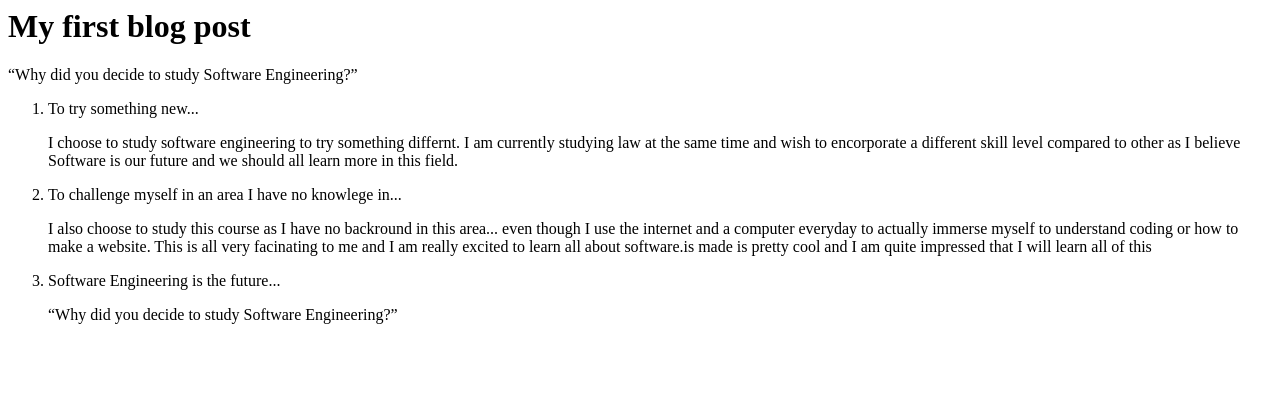
Repository: alicjasapieja/example-repository
Page: My-First-Blog-Post/blog_post.html
The author's editor kept a copy of each file at every save. The page is drawn from the files as they stood at one save, then again after the next save.
The browser window is 1280 px wide. The pictures show the whole page.

Above is the page before, as saved 2022-05-11 13:15:26.

After the next save:
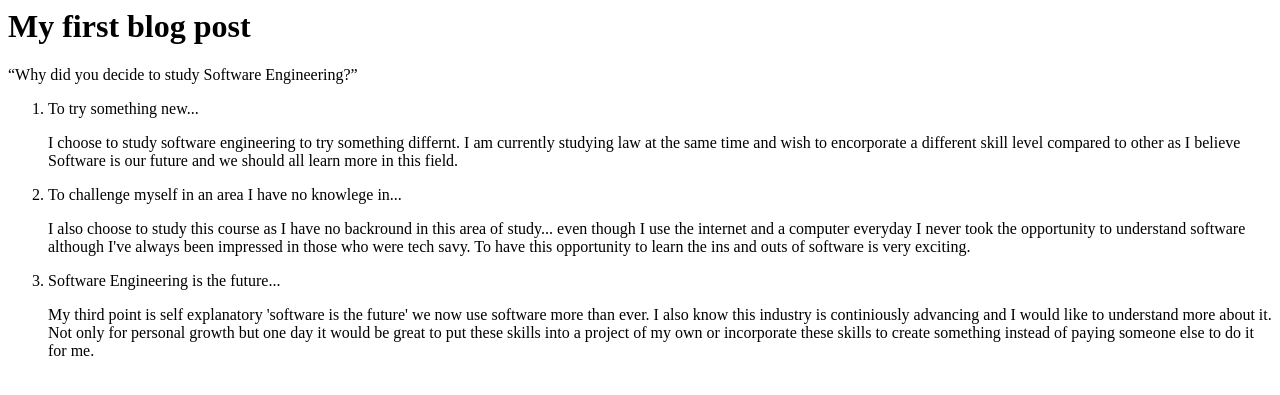
Saved 12 min 30 s later.
--- a/My-First-Blog-Post/blog_post.html
+++ b/My-First-Blog-Post/blog_post.html
@@ -10,12 +10,14 @@
         future and we should all learn more in this field.</p>
 
     <li>To challenge myself in an area I have no knowlege in...</li>
-    <p>I also choose to study this course as I have no backround in this area...
-    even though I use the internet and a computer everyday to actually immerse myself
-    to understand coding or how to make a website. This is all very facinating to me
-    and I am really excited to learn all about software.is made is pretty cool and I
-    am quite impressed that I will learn all of this </p>
+    <p>I also choose to study this course as I have no backround in this area of study...
+    even though I use the internet and a computer everyday I never took the opportunity
+    to understand software although I've always been impressed in those who were tech savy.
+    To have this opportunity to learn the ins and outs of software is very exciting.</p>
 
     <li>Software Engineering is the future...</li>
-    <p>“Why did you decide to study Software Engineering?”</p>
+    <p>My third point is self explanatory 'software is the future' we now use software more than ever.
+        I also know this industry is continiously advancing and I would like to understand more about it.
+        Not only for personal growth but one day it would be great to put these skills into a project of my own
+        or incorporate these skills to create something instead of paying someone else to do it for me. </p>
     </ol>
